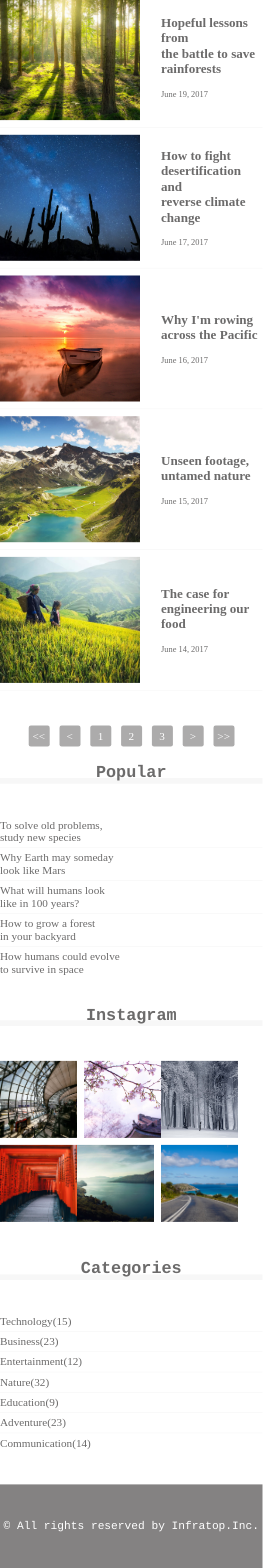
Repository: rascalNoShippo/git-practice
Page: caravan/index.html
The author's editor kept a record of every edit. The page is drawn from the files as they stood at one moment, then again after the next edit.
The browser window is 375 px wide. The pictures show the part of the page from y = 552 to 2792 px (the page is 2792 px tall before and 2732 px after), at 70% of full size.
Some web libraries are served in a nearby version.

Above is the page before.

After the next edit:
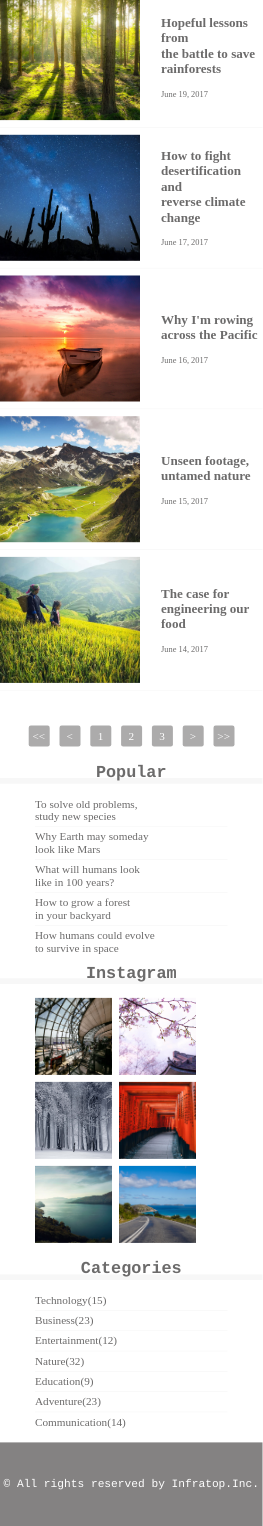
The edit:
--- a/caravan/style.css
+++ b/caravan/style.css
@@ -287,4 +287,8 @@
   .category{
     display: none;
   }
-}
+
+  .sidebar-contents{
+    padding: 20px 50px;
+  }
+}
